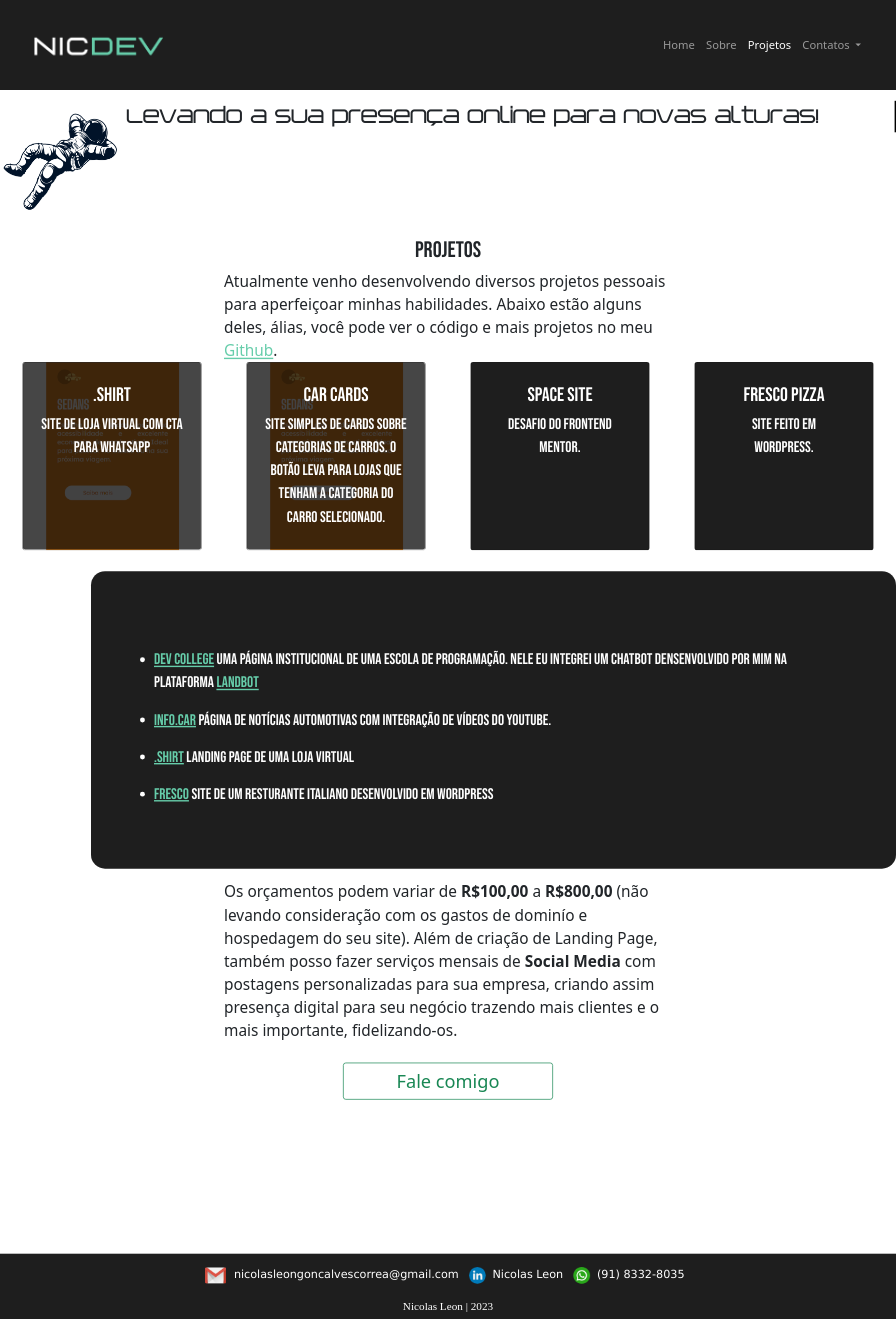
Repository: Leonngc/nicdev
Page: projects.html
These files come from the project's save history. The page is drawn as it stood at one moment and after a run of saves; the edit follows.
The browser window is 1280 px wide. The pictures show the whole page, at 70% of full size.
Some web libraries are served in a nearby version.

Above is the page before, as saved 2023-06-04 23:10:40.

### projects.html
<!DOCTYPE html>
<html lang="pt-br">
  <head>
    <meta charset="UTF-8" />
    <meta http-equiv="X-UA-Compatible" content="IE=edge" />
    <meta name="viewport" content="width=device-width, initial-scale=1.0" />
    <title>nicdev - Projetos</title>
    <!-- Google tag (gtag.js) -->
<script async src="https://www.googletagmanager.com/gtag/js?id=G-E2XWESC90Y"></script>
<script>
  window.dataLayer = window.dataLayer || [];
  function gtag(){dataLayer.push(arguments);}
  gtag('js', new Date());

  gtag('config', 'G-E2XWESC90Y');
</script>
    <link
      href="https://cdn.jsdelivr.net/npm/bootstrap@5.0.2/dist/css/bootstrap.min.css"
      rel="stylesheet"
      integrity="sha384-EVSTQN3/azprG1Anm3QDgpJLIm9Nao0Yz1ztcQTwFspd3yD65VohhpuuCOmLASjC"
      crossorigin="anonymous"
    />

    <link rel="stylesheet" href="styles/scrollbar.css" />
    <link rel="stylesheet" href="styles/footer.css" />
    <link rel="stylesheet" href="styles/projects.css"/>
    ">
  </head>
  <body>
    <header style="background-color: #1e1e1e; padding: 30px" class="fixed-top">
      <nav class="navbar navbar-expand-lg navbar-dark">
        <div class="container-fluid">
          <a class="navbar-brand" href="index.html"
            ><img
              src="images/nicdev-logo.png"
              alt="logo da NicDev"
              style="width: 200px"
          /></a>
          <button
            class="navbar-toggler"
            type="button"
            data-bs-toggle="collapse"
            data-bs-target="#navbarNavDropdown"
            aria-controls="navbarNavDropdown"
            aria-expanded="false"
            aria-label="Toggle navigation"
          >
            <span class="navbar-toggler-icon"></span>
          </button>
          <div
            class="collapse navbar-collapse justify-content-end"
            id="navbarNavDropdown"
          >
            <ul class="navbar-nav">
              <li class="nav-item">
                <a class="nav-link" href="index.html" target="_parent">Home</a>
              </li>
              <li class="nav-item">
                <a class="nav-link" href="about.html" target="_parent">Sobre</a>
              </li>
              <li class="nav-item">
                <a class="nav-link active disabled" href="#">Projetos</a>
              </li>
              <li class="nav-item dropdown">
                <a
                  class="nav-link dropdown-toggle"
                  href="#"
                  id="navbarDropdownMenuLink"
                  role="button"
                  data-bs-toggle="dropdown"
                  aria-expanded="false"
                >
                  Contatos
                </a>
                <ul
                  class="dropdown-menu"
                  aria-labelledby="navbarDropdownMenuLink"
                >
                  <li>
                    <a class="dropdown-item" href="https://wa.me/91983328035"
                      >WhatsApp
                      <img src="images/whatsapp.png" alt="" class="redes-logo"
                    /></a>
                  </li>
                  <li>
                    <a class="dropdown-item" href="mailto:nicolasleongoncalvescorre@gmail.com?Subject=Interesse%20em%20um%20website&Body=Ola%2C%20vi%20seu%20site%20de%20portfolio%20e%20fiquei%20interessado%20em%20fazer%20um%20or%E7amento.%0A%0A---obs%28Retornarei%20seu%20email%20em%20ate%2030%20minutos%29"
                      >Email
                      <img src="images/gmail (1).png" alt="" class="redes-logo"
                    /></a>
                  </li>
                  <li>
                    <a class="dropdown-item" href="https://www.linkedin.com/in/nicolas-leon-70038921b/"
                      >Linkedin
                      <img src="images/linkedin.png" alt="" class="redes-logo"
                    /></a>
                  </li>
                </ul>
              </li>
            </ul>
          </div>
        </div>
      </nav>
    </header>

  <div class="slogan-container">
    <img src="images/astronauta.png" alt="" class="astronauta"> <p class="slogan">Levando a sua presença online para novas alturas!</p>
  </div>
    <main>
      <h2>Projetos</h2>

      <p>Atualmente venho desenvolvendo diversos projetos pessoais para aperfeiçoar minhas habilidades. Abaixo estão alguns deles, álias, você pode ver o código  e mais projetos no meu <a href="https://github.com/Leonngc" target="_blank">Github</a>.</p>


      <section class="cards-container">
        <div class="card" id="card-0">
          <div class="info-card">
            <h3>.Shirt</h3>
            <p>Site de loja virtual com CTA para WhatsApp</p>
          </div>
        </div>
        <div class="card" id="card-1">
          <div class="info-card">
            <h3>
              Car Cards
            </h3>
            <p>Site simples de cards sobre categorias de carros. O botão leva para lojas que tenham a categoria do carro selecionado.</p>
          </div>
        </div>
        <div class="card" id="card-2">
          <div class="info-card">
            <h3>
              Space Site
            </h3>
            <p>Desafio do Frontend Mentor.</p>
          </div>
        </div>
        <div class="card" id="card-3">
          <div class="info-card">
            <h3>
              Fresco Pizza
            </h3>
            <p>Site feito em Wordpress.</p>
          </div>
        </div>
      </section>




      <ul>
        <li><a href="https://leonngc.github.io/dev-college/" target="_blank">Dev College</a> Uma página institucional de uma escola de programação. Nele eu integrei um chatbot  densenvolvido por mim na plataforma <a href="https://landbot.io/" target="_blank">Landbot</a>
        </li>
        <li>
          <a href="https://leonngc.github.io/projeto-info.car/" target="_blank">Info.Car</a> página de notícias automotivas com integração de vídeos do Youtube.
        </li>

        <li>
          <a href="https://leonngc.github.io/projeto-shirt/" target="_blank">.Shirt</a> Landing Page de uma loja virtual
        </li>

        <li>
          <a href="https://pizzasitewp.netlify.app/" target="_blank">Fresco</a> Site de um resturante italiano desenvolvido em Wordpress
        </li>

      </ul>

      <p>Os orçamentos podem variar de <strong>R$100,00</strong> a <strong>R$800,00</strong> (não levando consideração com os gastos de dominío e hospedagem do seu site). Além de criação de Landing Page, também posso fazer serviços mensais de <strong>Social Media</strong> com postagens personalizadas para sua empresa, criando assim presença digital para seu negócio trazendo mais clientes e o mais importante, fidelizando-os.</p>
      <a href="https://wa.me/91983328035" target="_blank"><button type="button" class="btn btn-outline-success" style="width: 300px; font-size: 26px; margin-bottom: 20px; margin-top: 30px;">Fale comigo</button></a>
    </main>

    <footer>
      <p><img src="images/gmail.png" alt=""><a href="mailto:nicolasleongoncalvescorre@gmail.com?Subject=Interesse%20em%20um%20website&Body=Ola%2C%20vi%20seu%20site%20de%20portfolio%20e%20fiquei%20interessado%20em%20fazer%20um%20or%E7amento.%0A%0A---obs%28Retornarei%20seu%20email%20em%20ate%2030%20minutos%29">nicolasleongoncalvescorrea@gmail.com</a> <img src="images/linkedin.png" alt=""><a href="https://www.linkedin.com/in/nicolas-leon-70038921b/">Nicolas Leon</a> <img src="images/whatsapp.png" alt=""><a href="https://wa.me/91983328035" target="_blank">(91) 8332-8035</a></p>
      <p class="rights">Nicolas Leon | 2023</p>
    </footer>
    <script
      src="https://cdn.jsdelivr.net/npm/bootstrap@5.0.2/dist/js/bootstrap.bundle.min.js"
      integrity="sha384-MrcW6ZMFYlzcLA8Nl+NtUVF0sA7MsXsP1UyJoMp4YLEuNSfAP+JcXn/tWtIaxVXM"
      crossorigin="anonymous"
    ></script>
  </body>
</html>

### styles/scrollbar.css
body{
    overflow-x: hidden;
}
body::-webkit-scrollbar {
    width: 6px;               /* width of the entire scrollbar */
  }

  body::-webkit-scrollbar-track {
    background: rgb(5, 5, 5);        /* color of the tracking area */
  }

  body::-webkit-scrollbar-thumb {
    background-color: #4BC6B9;    /* color of the scroll thumb */
    border-radius: 20px;       /* roundness of the scroll thumb */
  }

  .redes-logo{
    width: 30px;
    padding: 6px;
  }

### styles/footer.css
footer{
    background-color: #1e1e1e;;
    text-align: center;
    margin-top: 200px;
    padding: 15px;
    height: 13vh;
}

footer > p  a{
    padding: 10px;
    text-decoration: none;
    color: white;
    font-family: 'Lucida Sans', 'Lucida Sans Regular', 'Lucida Grande', 'Lucida Sans Unicode', Geneva, Verdana, sans-serif;
}

footer > p > a:hover{
    color: #66CDAA;
    transition: 1s;
}

.rights{
    color: white;
    font-family: 'Times New Roman', Times, serif;
}
 @media screen and (max-width:900px) {
    footer{
        margin-top: 100px;
        height: 16vh;
        word-wrap: break-word;
    }
    footer > p > a{
        color: #d1d5d4;
    }
 }

### styles/projects.css
@import url('https://fonts.googleapis.com/css2?family=Bebas+Neue&display=swap'); /* CDN GOOGLE  FONT */
@import url('https://cdn-uicons.flaticon.com/uicons-solid-straight/css/uicons-solid-straight.css'); /* CDN ICON*/
@font-face {
    font-family: Lastica;
    src: url(../fonts/instrg.ttf);
}

@keyframes typewriter {
    from {
      width: 0%;
    }
    to {
      width: 50%;
    }
  }
  @keyframes blink {
    from {
      border-color: black;
    }
    to {
      border-color: transparent;
    }
  }

*{
    max-width: 100vw;
}

:root{
 --bebas-neue : 'Bebas Neue', cursive;
}

body{
    max-width: 100vw;
    overflow-x: hidden;
}

main{
    margin-top: 150px;
    text-align: center;
}

.slogan-container{
  margin-top: 120px;
}


.slogan{
    font-family: Lastica, sans-serif;
    font-weight: bold;
    font-size: 30px;
    overflow: hidden;
    animation: typewriter 2s steps(15) alternate,
      blink 800ms steps(15)  normal;
    border-right: 2px solid black;
}

.astronauta{
    width: 180px;
    float: left;
}

h2{
    font-family: var(--bebas-neue);
    text-align: center
}

main > p{
    text-align: start;
    margin: auto;
    width: 50vw;
    font-size: 22px;
}

main > ul{
    font-family: var(--bebas-neue);
    font-size: 22px;
    margin-left: 130px;
    margin-top: 30px;
    background-color: #1e1e1e;
    color: white;
    padding: 90px;
    border-radius: 20px;
    text-align: left;
}

main a{
    color: #66CDAA;
}

main > ul > li{
  margin-top: 20px;
}

li > img{
    width: 600px;
    padding: 50px;
}

.cards-container{
  display: flex;
  flex-wrap: wrap;
  justify-content: space-around;
}

.card{
  background-color: #1e1e1e;
  align-items: center;
  width: 20%;
}

.card > img{
  width: 70%;
  filter: opacity(10%);
}


#card-0{
  background-image: url(../images/carcards.png);
  background-repeat: no-repeat;
  background-size: cover;
  box-shadow: inset 0 0 0 50vw rgba(0, 0, 0, 0.727);
}
#card-1{
  background-image: url(../images/carcards.png);
  background-repeat: no-repeat;
  background-size: cover;
  box-shadow: inset 0 0 0 50vw rgba(0, 0, 0, 0.727);
}

.info-card{
  color: white;
  font-family: var(--bebas-neue);
  text-align: center;
  padding: 30px 0 30px;
}

.info-card > p{
  width: 80%;
  margin: auto;
  font-size: 22px;
}

@media screen and (max-width:900px){
    .astronauta{
        width: 100px;
    }
    .slogan{
        font-size: 12px;
        padding: 20px;
    }
    h2{
    margin: auto;
    }
    main{
      margin-top: 100px;
    }
   main > p{
    width: 90vw;
   }

   main > ul{
    margin: auto;
    margin-top: 30px;
    margin-bottom: 30px;
    font-size: 18px;
    padding: 30px;
   }

   main > ul > li{
    padding: 16px;
   }
}

After the next 2 saves:
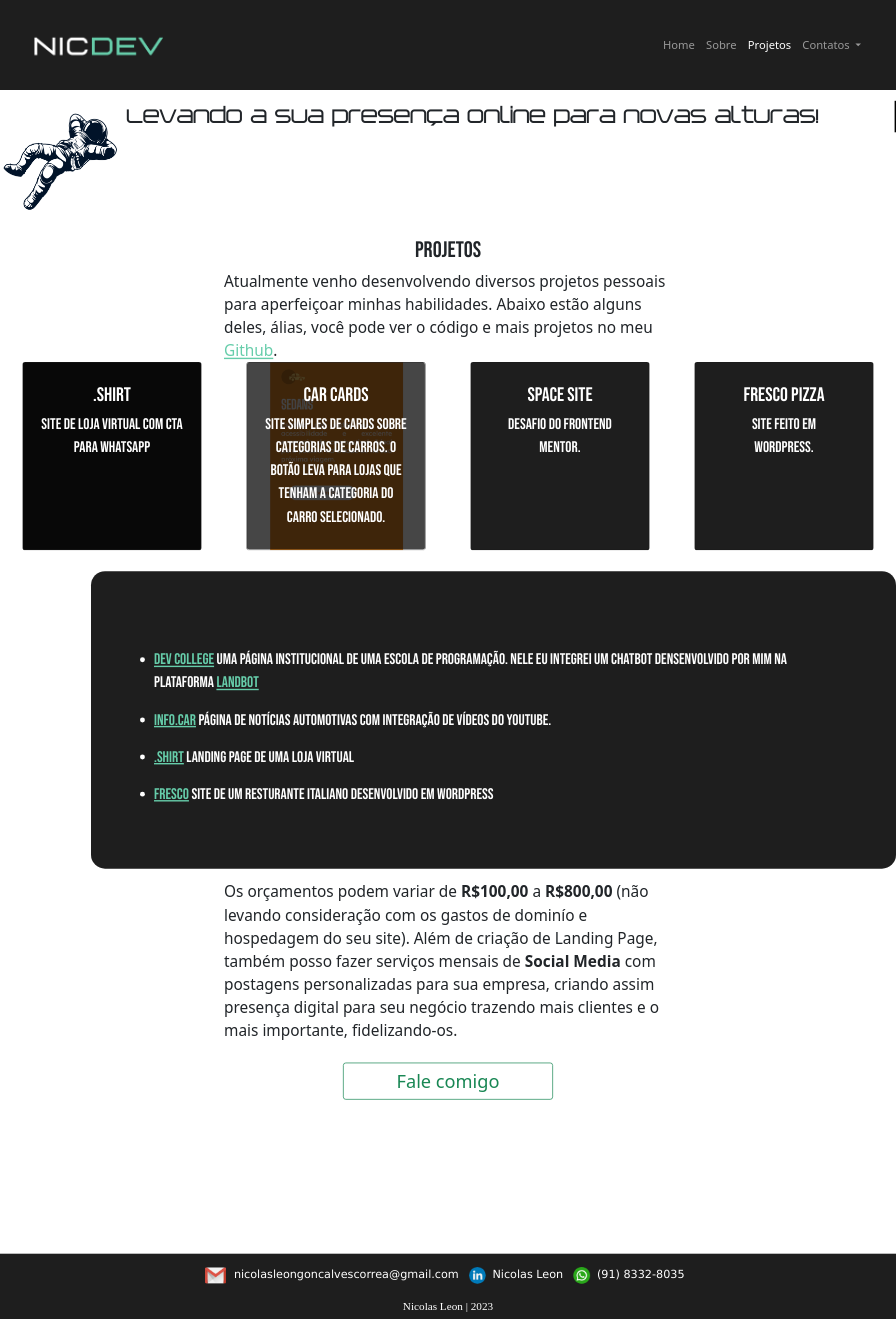
Not found: images/20.png
The 2 saves are shown as one change because they came seconds apart.
The last was saved 6 s later.
--- a/styles/projects.css
+++ b/styles/projects.css
@@ -116,7 +116,7 @@ li > img{
 
 
 #card-0{
-  background-image: url(../images/carcards.png);
+  background-image: url(../images/20.png);
   background-repeat: no-repeat;
   background-size: cover;
   box-shadow: inset 0 0 0 50vw rgba(0, 0, 0, 0.727);

After the 2 saves that followed:
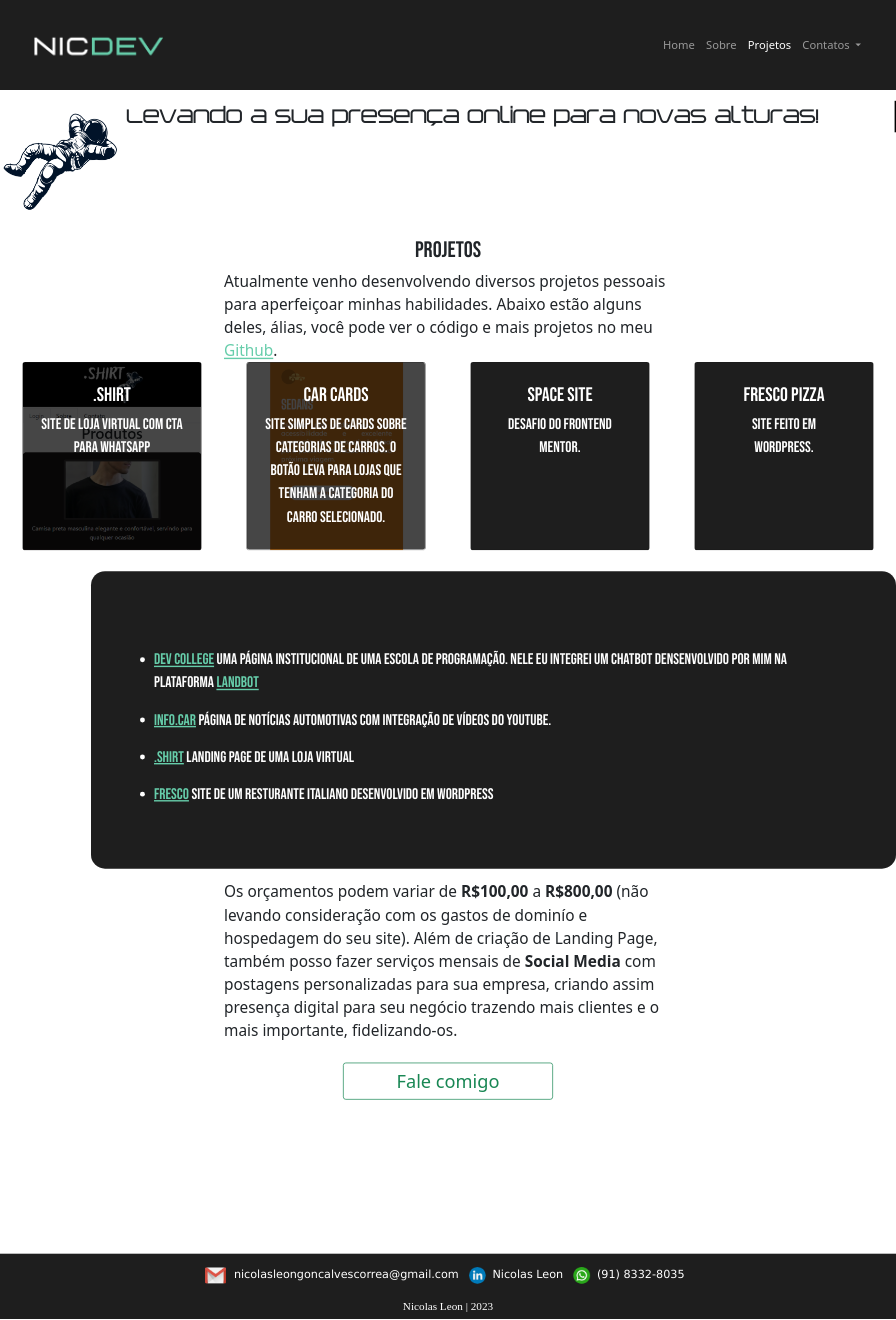
The 2 saves are shown as one change because they came seconds apart.
The last was saved 6 s later.
--- a/styles/projects.css
+++ b/styles/projects.css
@@ -116,7 +116,7 @@ li > img{
 
 
 #card-0{
-  background-image: url(../images/20.png);
+  background-image: url(../images/2023-06-04\ \(1\).png);
   background-repeat: no-repeat;
   background-size: cover;
   box-shadow: inset 0 0 0 50vw rgba(0, 0, 0, 0.727);
